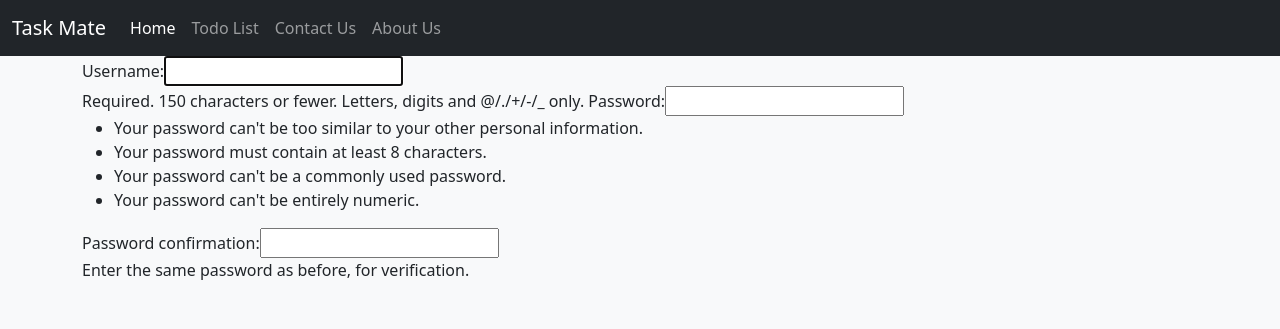
Repository: itathagata/Registration_System
Page: http://localhost/account/register
The author's editor kept a copy of each file at every save. The page is drawn from the files as they stood at one save, then again after the next save.
The browser window is 1280 px wide. The pictures show the whole page.
The page is served by the project's application, run on Django 2.2 (manage.py). Other server files are loaded and not shown.

Above is the page before, as saved 2021-06-05 21:08:12.

### users_app/views.py
from django.shortcuts import render
from django.contrib.auth.forms import UserCreationForm
def register(request):
    register_form = UserCreationForm()
    return render(request,'register.html',{'register_form':register_form})

### users_app/templates/register.html
{% extends 'base.html' %}
{% block title %}
<title>Register</title>
{% endblock title %}

{% block content %}
    <div class="container">

        <form method="POST">
            {% csrf_token %}

            {{ register_form }}

        </form>

    </div>
{% endblock content %}

### templates/base.html

{% load static %}
<!doctype html>
<html lang="en">
  <head>
    <!-- Required meta tags -->
    <meta charset="utf-8">
    <meta name="viewport" content="width=device-width, initial-scale=1">

    <!-- Bootstrap CSS -->
    <link href="https://cdn.jsdelivr.net/npm/bootstrap@5.0.1/dist/css/bootstrap.min.css" rel="stylesheet" integrity="sha384-+0n0xVW2eSR5OomGNYDnhzAbDsOXxcvSN1TPprVMTNDbiYZCxYbOOl7+AMvyTG2x" crossorigin="anonymous">
    <link rel="icon" href="{% static 'images/favicon.ico' %}" type="images/gif" sizes="16x16">
    {% block title %}
    {% endblock title %}
    <nav class="navbar navbar-expand-lg navbar-dark bg-dark">
  <div class="container-fluid">
    <a class="navbar-brand" href="{% url 'index'%}">Task Mate</a>
    <button class="navbar-toggler" type="button" data-bs-toggle="collapse" data-bs-target="#navbarNavAltMarkup" aria-controls="navbarNavAltMarkup" aria-expanded="false" aria-label="Toggle navigation">
      <span class="navbar-toggler-icon"></span>
    </button>
    <div class="collapse navbar-collapse" id="navbarNavAltMarkup">
      <div class="navbar-nav">
        <a class="nav-link active" aria-current="page" href="{% url 'index'%}">Home</a>
        <a class="nav-link" href="{% url 'todolist'%}">Todo List</a>
        <a class="nav-link" href="{% url 'contact'%}">Contact Us</a>
        <a class="nav-link" href="{% url 'about'%}">About Us</a>
      </div>
    </div>
  </div>
</nav>
  </head>
  <body class="bg-light">
  {% block content %}{% endblock content %}
    <script src="https://cdn.jsdelivr.net/npm/bootstrap@5.0.1/dist/js/bootstrap.bundle.min.js" integrity="sha384-gtEjrD/SeCtmISkJkNUaaKMoLD0//ElJ19smozuHV6z3Iehds+3Ulb9Bn9Plx0x4" crossorigin="anonymous"></script>
  </body>
</html>

### taskmate/urls.py

from django.contrib import admin
from django.urls import path, include
from todolist_app import views as todolist_views
urlpatterns = [
    path('admin/', admin.site.urls),
    path('', todolist_views.index, name='index'),
    path('todolist', include('todolist_app.urls')),
    path('account/', include('users_app.urls')),
    path('contact', todolist_views.contact, name='contact'),
    path('about-us', todolist_views.about, name='about'),
]

### todolist_app/urls.py
from todolist_app import views
from django.urls import path
urlpatterns = [
    path('/', views.todolist, name='todolist'),
    path('/delete/<task_id>', views.delete_task, name='delete_task'),
    path('/edit/<task_id>', views.edit_task, name='edit_task'),
    path('/complete/<task_id>', views.complete_task, name='complete_task'),
    path('/pending/<task_id>', views.pending_task, name='pending_task'),


]

### users_app/urls.py
from users_app import views
from django.urls import path

urlpatterns = [
    path('register', views.register, name='register'),
]

After the next save:
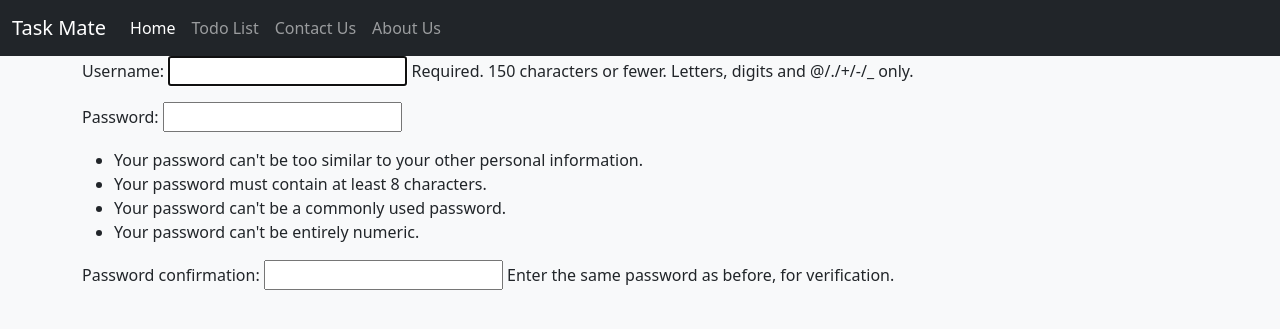
Saved 67 s later.
--- a/users_app/templates/register.html
+++ b/users_app/templates/register.html
@@ -9,7 +9,7 @@
         <form method="POST">
             {% csrf_token %}
 
-            {{ register_form }}
+            {{ register_form.as_p }}
 
         </form>
 
